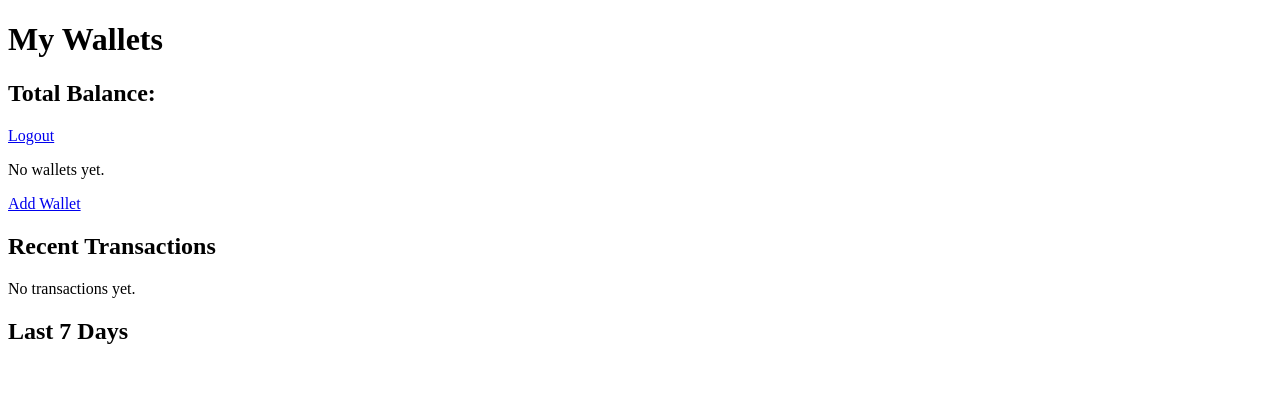
Repository: adtm0/Fined
Page: tracker/templates/tracker/dashboard.html
The author's editor kept a copy of each file at every save. The page is drawn from the files as they stood at one save, then again after a run of saves.
The browser window is 1280 px wide. The pictures show the whole page.
The template is drawn by Django 4.2. The application's start-up code is not run. Other server files are loaded and not shown. The template is opened directly, without the code that normally fills it, so the values that code supplies are empty.

Above is the page before, as saved 2026-04-28 20:02:25.
Console error: SyntaxError: Unexpected token ','

### tracker/templates/tracker/dashboard.html
<!DOCTYPE html>
<html>
  <head>
    <title>Dashboard</title>
  </head>
  <body>
    <h1>My Wallets</h1>
    <h2>Total Balance: {{ total_balance}}</h2>

    <a href="/logout/">Logout</a>

    {% if wallets %}
      {% for wallet in wallets %}
        <p><a href="/wallet/{{ wallet.id }}/">{{ wallet.name }}</a> - {{ wallet.balance }}</p>
        <a href="/wallet/{{ wallet.id }}/add-transaction/">Add Transaction</a>
        <a href="/wallet/{{ wallet.id }}/edit/">Edit</a>
        <a href="/wallet/{{ wallet.id }}/delete/">Delete</a>
      {% endfor %}
    {% else %}
      <p>No wallets yet.</p>
    {% endif %}

    <a href="/wallet/add/">Add Wallet</a>

      <h2>Recent Transactions</h2>
      {% if recent_transactions %}
        {% for t in recent_transactions %}
          <p>{{ t.date }} - {{ t.wallet.name}} - {{ t.type }} - {{ t.amount }} - {{ t.description }}</p>
        {% endfor %}
      {% else %}
        <p>No transactions yet.</p>
      {% endif %}

    <h2>Last 7 Days</h2>
    <canvas id="chart" width="400" height="200">Canvas</canvas>
    <script src="https://cdn.jsdelivr.net/npm/chart.js"></script>
    <script>
      const ctx = document.getElementById('chart').getContext('2d');
      new Chart(ctx, {
        type: 'bar',
        data: {
          labels: {{ chart_labels|safe }},
          datasets: [
            {
              label:'Income',
              data: {{ chart_income|safe }},
              backgroundColor: 'green',
            },
            {
              label: 'Expense',
              data: {{ chart_expense|safe }},
              backgroundColor: 'red'
            }
          ]
        }
      });
    </script>
  </body>
</html>

After the next 2 saves:
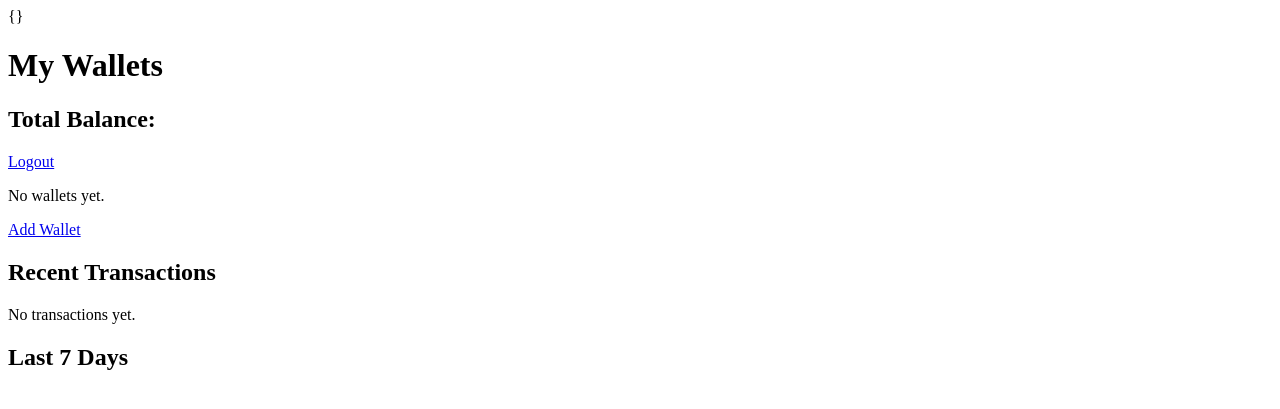
The 2 saves are shown as one change because they came seconds apart.
The last was saved 113 s later.
--- a/tracker/templates/tracker/dashboard.html
+++ b/tracker/templates/tracker/dashboard.html
@@ -1,9 +1,4 @@
-<!DOCTYPE html>
-<html>
-  <head>
-    <title>Dashboard</title>
-  </head>
-  <body>
+{}
     <h1>My Wallets</h1>
     <h2>Total Balance: {{ total_balance}}</h2>
 
